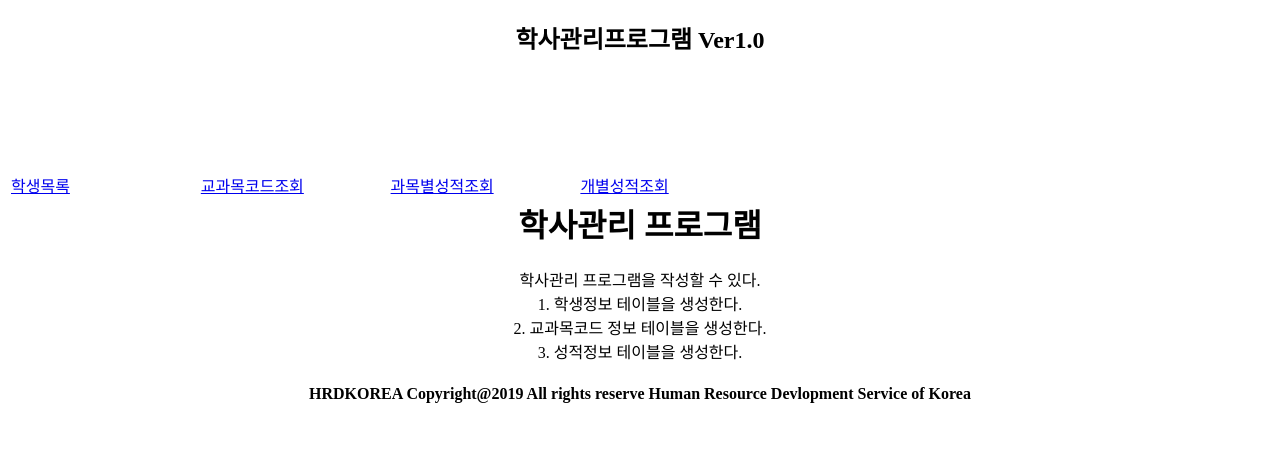
Repository: DDoeDDoe32/sw5
Page: http://localhost/test10/
The author's editor kept a copy of each file at every save. The page is drawn from the files as they stood at one save, then again after the next save.
The browser window is 1280 px wide. The pictures show the whole page.
The page is served by Tomcat 9.

Above is the page before, as saved 2019-05-18 04:53:33.

### 실습파일/test10/WebContent/index.jsp
<%@ page language="java" contentType="text/html; charset=UTF-8"
    pageEncoding="UTF-8"%>
<!DOCTYPE html>
<html>
<head>
<meta charset="UTF-8">
<title>교무학사관리시스템 Ver1.0</title>
</head>
<body>
<div style='height:150PX; text-align:center'>
<%@ include file="main_header.jsp" %>
</div>
<div style='text-align:center'>
<%@ include file="main_nav.jsp" %>
</div>
<div style='text-align:center'>
<%@ include file="main_contents.jsp" %>
</div>
<div style='text-align:center'>
<%@ include file="main_footer.jsp" %>
</div>

</body>
</html>

### 실습파일/test10/WebContent/main_header.jsp
<%@ page language="java" contentType="text/html; charset=UTF-8"
    pageEncoding="UTF-8"%>
<!DOCTYPE html>
<div align="center">
<h2><B>학사관리프로그램 Ver1.0</B></h2>
</div>

### 실습파일/test10/WebContent/main_nav.jsp
<%@ page language="java" contentType="text/html; charset=UTF-8"
    pageEncoding="UTF-8"%>
<!DOCTYPE html>
<center>
<table width="100%" align="left">
	<tr>
		<td width="15%"><a href="a.jsp">학생목록</a>
		<td width="15%"><a href="a.jsp">교과목코드조회</a>
		<td width="15%"><a href="a.jsp">과목별성적조회</a>
		<td width="15%"><a href="a.jsp">개별성적조회</a>
		<td width="40%">&nbsp;</td>
	</tr>
</table>
</center>

### 실습파일/test10/WebContent/main_contents.jsp
<%@ page language="java" contentType="text/html; charset=UTF-8"
    pageEncoding="UTF-8"%>
<!DOCTYPE html>
<html>
<head>
<meta charset="UTF-8">
<title>Insert title here</title>
</head>
<body>
<div style='text-align:center'><h1><B>학사관리 프로그램</B></h1></div>
학사관리 프로그램을 작성할 수 있다. <br/>
1. 학생정보 테이블을 생성한다. <br/>
2. 교과목코드 정보 테이블을 생성한다. <br/>
3. 성적정보 테이블을 생성한다. <br/>

</body>
</html>

### 실습파일/test10/WebContent/main_footer.jsp
<%@ page language="java" contentType="text/html; charset=UTF-8"
    pageEncoding="UTF-8"%>
<!DOCTYPE html>
<div style='text-align:center'>
<h4><B>HRDKOREA Copyright@2019 All rights reserve Human Resource Devlopment Service of Korea
</div>

After the next save:
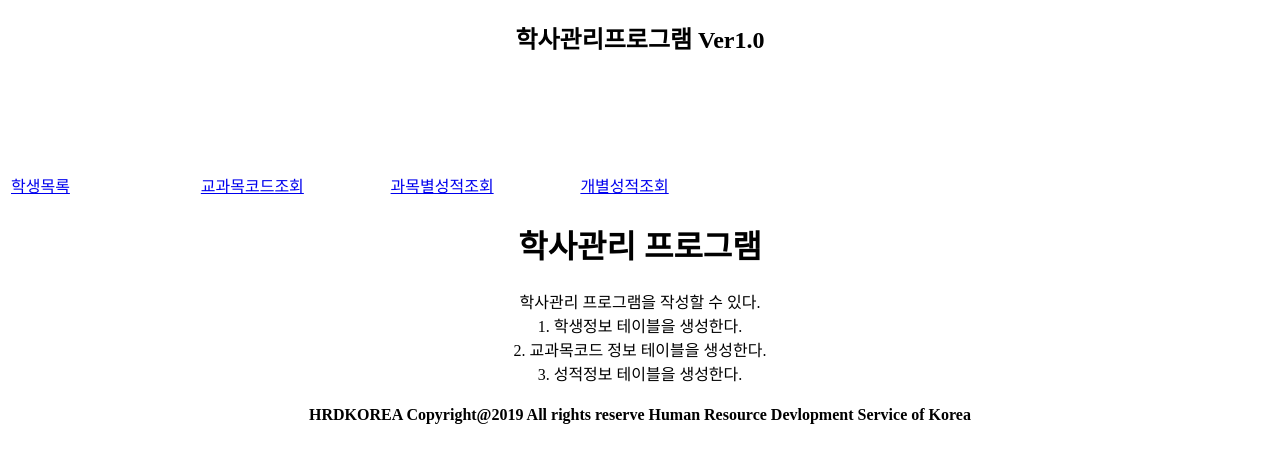
Saved 113 s later.
--- a/실습파일/test10/WebContent/main_nav.jsp
+++ b/실습파일/test10/WebContent/main_nav.jsp
@@ -2,7 +2,7 @@
     pageEncoding="UTF-8"%>
 <!DOCTYPE html>
 <center>
-<table width="100%" align="left">
+<table width="100%" align="center">
 	<tr>
 		<td width="15%"><a href="a.jsp">학생목록</a>
 		<td width="15%"><a href="a.jsp">교과목코드조회</a>

After the save that followed:
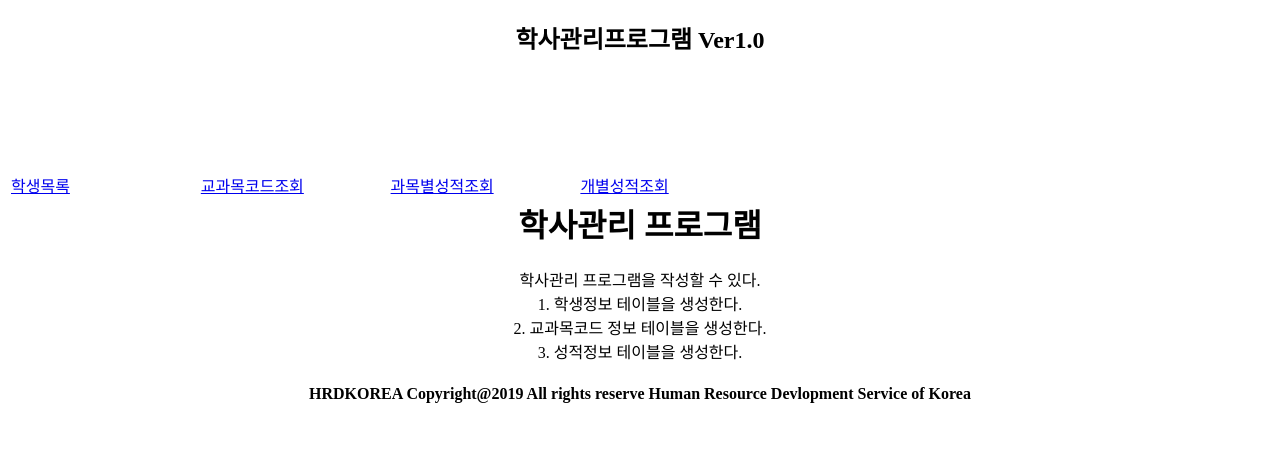
Saved 13 s later.
--- a/실습파일/test10/WebContent/main_nav.jsp
+++ b/실습파일/test10/WebContent/main_nav.jsp
@@ -2,7 +2,7 @@
     pageEncoding="UTF-8"%>
 <!DOCTYPE html>
 <center>
-<table width="100%" align="center">
+<table width="100%" align="left">
 	<tr>
 		<td width="15%"><a href="a.jsp">학생목록</a>
 		<td width="15%"><a href="a.jsp">교과목코드조회</a>
